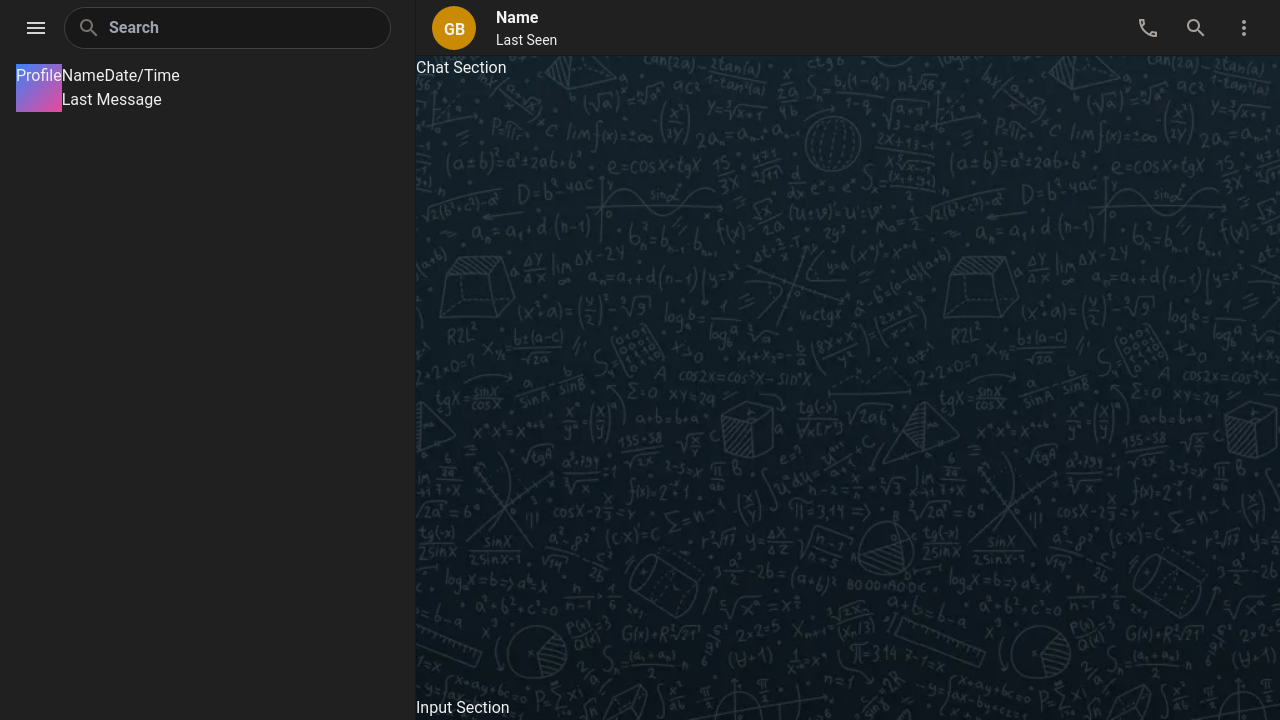
Repository: Qu4ntumGuy/telegram-clone
Page: /
The author's editor kept a copy of each file at every save. The page is drawn from the files as they stood at one save, then again after the next save.
The browser window is 1280 px wide. The pictures show the whole page.
The page's requests for data from a server got no answer. The project was rebuilt for these pictures with package versions that can differ from the ones it lists, and the page was loaded fresh each time. No one was signed in, and anything a server would have sent is missing. Also part of the build but not shown: src/Pages/ChatPage.js/ChatPage.js.

Above is the page before, as saved 2024-07-15 13:44:32.

### src/index.css
@tailwind base;
@tailwind components;
@tailwind utilities;

:root {
  font-family: "Roboto", sans-serif;
  color-scheme: light;
  body {
    @apply bg-[#181818] text-[#f0f0f0];
  }
}
/*
:root {
  @apply bg-[#181818];
} */

### src/App.js
import { Routes, BrowserRouter, Route } from "react-router-dom";
import Sidebar from "./Components/Sidebar";
import Home from "./Pages/Home/Home";
import ChatPage from "./Pages/ChatPage.js/ChatPage";

function App() {
  return (
    <div className="flex max-w-[105rem] mx-auto">
      <Sidebar />
      <BrowserRouter>
        <Routes>
          <Route path="/" element={<Home />} />
          <Route path="/k/:id" element={<ChatPage />} />
        </Routes>
      </BrowserRouter>
      {/* <Home /> */}
    </div>
  );
}

export default App;

### src/Components/Sidebar.js
import React, { useEffect, useRef, useState } from "react";
import MenuIcon from "@mui/icons-material/Menu";
import SearchIcon from "@mui/icons-material/Search";
import axios from "axios";
import Chat from "./Chat";

function Sidebar() {
  const [page, setPage] = useState(1);
  const [channels, setChannels] = useState([]);
  const fetchChannels = async () => {
    try {
      const res = await axios.get(
        `https://devapi.beyondchats.com/api/get_all_chats?page=${page}`,
        {
          headers: {
            Accept: "application/json",
          },
        }
      );
      //   console.log(res);
      setChannels(res.data.data.data);
      console.log(res.data.data.data);
    } catch (error) {
      console.log(error);
    }
  };

  function formatString(str) {
    str = str.trim();
    const words = str.split(/\s+/);
    if (words.length === 1) {
      return words[0].charAt(0).toUpperCase();
    } else if (words.length === 2) {
      return (
        words[0].charAt(0).toUpperCase() + words[1].charAt(0).toUpperCase()
      );
    } else {
      return (
        words[0].charAt(0).toUpperCase() +
        words[words.length - 1].charAt(0).toUpperCase()
      );
    }
  }

  useEffect(() => {
    fetchChannels();
  }, []);

  const ref = useRef();
  return (
    <div className="w-full md:max-w-[26rem] bg-[#202020] border-r border-[#181818] h-screen">
      <div className="flex items-center justify-start px-4 h-14 w-full">
        <div className="px-2 text-stone-300">
          <MenuIcon />
        </div>

        <div className="flex items-center justify-start border text-stone-500 w-full px-3 mx-2 border-stone-700 rounded-full p-2 bg-[#181818]">
          <div className="w-auto">
            <SearchIcon />
          </div>
          <form className="w-full text-white font-semibold">
            <input
              className=" w-full bg-inherit pl-2 focus:outline-none"
              placeholder="Search"
            />
            <div className="w-full bg-inherit pl-2"></div>
          </form>
        </div>
      </div>
      <div className=" overflow-y-auto">
        <Chat />
      </div>
    </div>
  );
}

export default Sidebar;

### src/Pages/Home/Home.js
import React from "react";
import backgroundImage from "../../Assets/Desktop.webp";
import Topbar from "../../Components/Topbar";

function Home() {
  const image =
    "https://blog.1a23.com/wp-content/uploads/sites/2/2020/02/pattern_02-150x150.png";

  //   const divStyle = {
  //     width: "100%",
  //     height: "100vh", // Adjust the height as needed
  //     backgroundImage: `url(${backgroundImage})`,
  //     backgroundSize: "cover", // Ensures the image covers the entire div
  //     backgroundPosition: "center", // Centers the image
  //   };
  return (
    <div
      className="md:flex flex-col justify-center bg-cover h-screen hidden md:w-full "
      style={{ backgroundImage: `url(${backgroundImage})` }}
    >
      <div className="top-0 mb-auto h-14 bg-[#202020] border-b border-[#181818]">
        <Topbar />
      </div>
      <div className="flex flex-col h-full">
        <div className="top-0">Chat Section</div>
        <div className="bottom-0 mt-auto">Input Section</div>
      </div>
    </div>
  );
}

export default Home;

### src/Components/Chat.js
import React from "react";

function Chat({ name, profile }) {
  return (
    <div className="flex hover:bg-stone-700 hover:bg-opacity-30 p-2 mx-2 rounded-lg">
      <div className=" bg-gradient-to-br from-blue-500 to-pink-500">
        Profile
      </div>
      <div className="flex flex-col">
        <div className="flex">
          <div>Name</div>
          <div>Date/Time</div>
        </div>
        <div>Last Message</div>
      </div>
    </div>
  );
}

export default Chat;

### src/Components/Topbar.js
import React from "react";
import CallOutlinedIcon from "@mui/icons-material/CallOutlined";
import SearchIcon from "@mui/icons-material/Search";
import MoreVertIcon from "@mui/icons-material/MoreVert";

function Topbar() {
  return (
    <div className="flex px-4 h-14">
      <div className="flex-1 flex items-center">
        <div className="bg-yellow-600 p-3 rounded-full h-11 w-11 text-center align-middle font-bold">
          <div className="text-center align-middle">GB</div>
        </div>
        <div className="flex flex-col pl-5 w-full">
          <div className="font-semibold">Name</div>
          <div className="text-sm"> Last Seen</div>
        </div>
      </div>
      <div className="flex items-center space-x-2 font-bold pl-3 text-stone-400">
        <div className=" rounded-full cursor-pointer hover:bg-stone-700 hover:bg-opacity-30 p-2">
          <CallOutlinedIcon />
        </div>
        <div className=" rounded-full cursor-pointer hover:bg-stone-700 hover:bg-opacity-30 p-2">
          <SearchIcon />
        </div>
        <div className=" rounded-full cursor-pointer hover:bg-stone-700 hover:bg-opacity-30 p-2">
          <MoreVertIcon />
        </div>
      </div>
    </div>
  );
}

export default Topbar;

Loaded but not shown: public/index.html (common file); src/index.js (common file); src/reportWebVitals.js (common file); tailwind.config.js (common file)

After the next save:
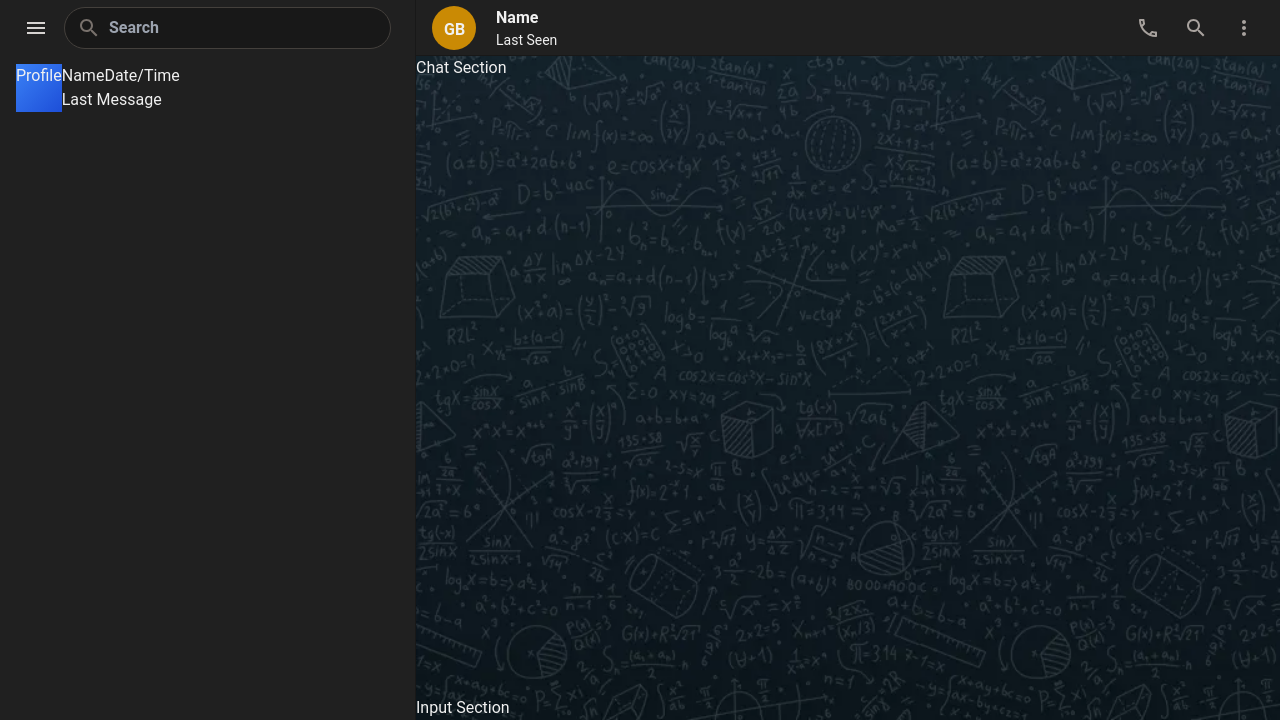
Saved 23 s later.
--- a/src/Components/Chat.js
+++ b/src/Components/Chat.js
@@ -3,7 +3,7 @@ import React from "react";
 function Chat({ name, profile }) {
   return (
     <div className="flex hover:bg-stone-700 hover:bg-opacity-30 p-2 mx-2 rounded-lg">
-      <div className=" bg-gradient-to-br from-blue-500 to-pink-500">
+      <div className=" bg-gradient-to-br from-blue-500 to-blue-700">
         Profile
       </div>
       <div className="flex flex-col">
